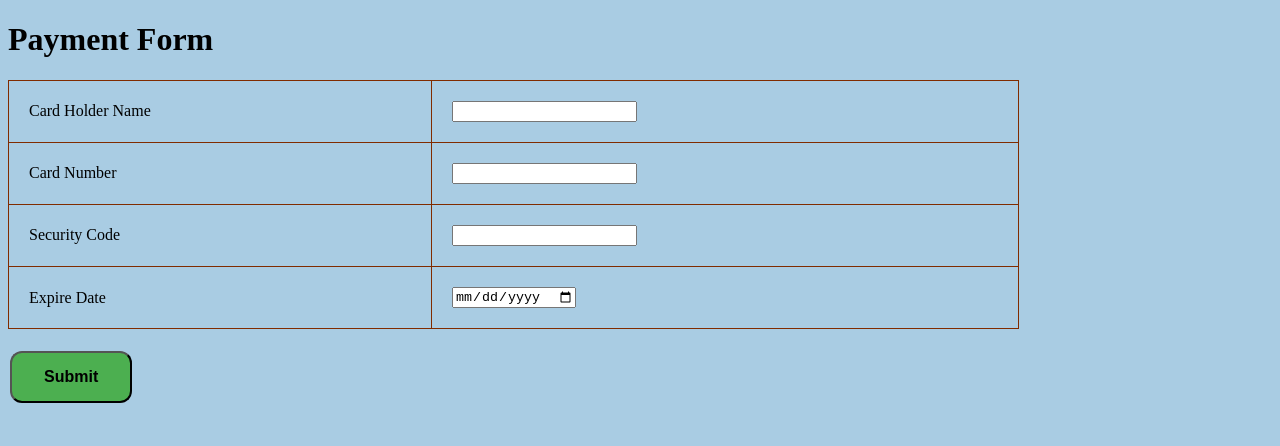
Repository: sandeepa9803/OOP---Online-Travel-web-application
Page: http://localhost/PaymentNew/paymentInfo.jsp
The author's editor kept a copy of each file at every save. The page is drawn from the files as they stood at one save, then again after the next save.
The browser window is 1280 px wide. The pictures show the whole page.
The page is served by Tomcat 9. Other server files are loaded and not shown.

Above is the page before, as saved 2021-10-11 17:51:44.

### PaymentNew/WebContent/paymentInfo.jsp


<%@ page language="java" contentType="text/html; charset=ISO-8859-1"
    pageEncoding="ISO-8859-1"%>
<!DOCTYPE html>
<html>
<head>
<style>



table, td, th {
  border: 1px solid #802b00;
  text-align: left;
}

table {
  border-collapse: collapse;
  width: 80%;
}

th, td {
  padding: 20px;
}


.button {
  background-color: #4CAF50;
  border: 1;
  color: black;
  padding: 15px 32px;
  text-align: center;
  text-decoration: none;
   font-weight: bold;
  display: inline-block;
  font-size: 16px;
  margin: 4px 2px;
  cursor: pointer;
  border-radius:12px;

  .h1{text-align: center;
       color:white;}
}

body {
background-color:#A9CCE3  }

table{
   border:1px white ;
}


</style>
<meta charset="ISO-8859-1">
<title>Payment Form </title>
</head>

<body>




 <h1> Payment Form</h1>

     <form action ="submit" method = "post" >
     <table>

       <tr>
       <td>Card Holder Name</td>
        <td> <input type = "text" name = "cardholder"></td>
         </tr>

         <tr>
         <td> Card Number </td>
         <td> <input type ="number" name = "cardnum"> </td>
         </tr>

         <tr>
         <td>Security Code </td>
          <td> <input type ="number" name = "cvcnum"> </td>
          </tr>

         <tr>
         <td>Expire Date </td>
         <td> <input type = "date"  name = "date"  > </td>
         </tr>

      </table>
      <br>
        <input type="submit" name="submit" value="Submit" class="button" >

       </form>
</body>
</html>

After the next save:
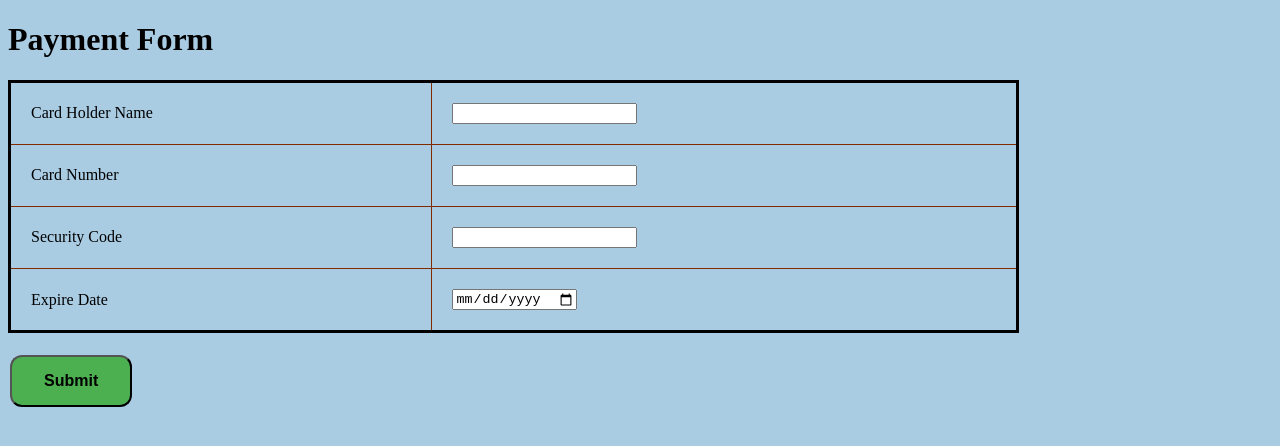
Saved 24 s later.
--- a/PaymentNew/WebContent/paymentInfo.jsp
+++ b/PaymentNew/WebContent/paymentInfo.jsp
@@ -46,7 +46,7 @@ body {
 background-color:#A9CCE3  }
 
 table{
-   border:1px white ;
+   border:solid black ;
 }
 
 
